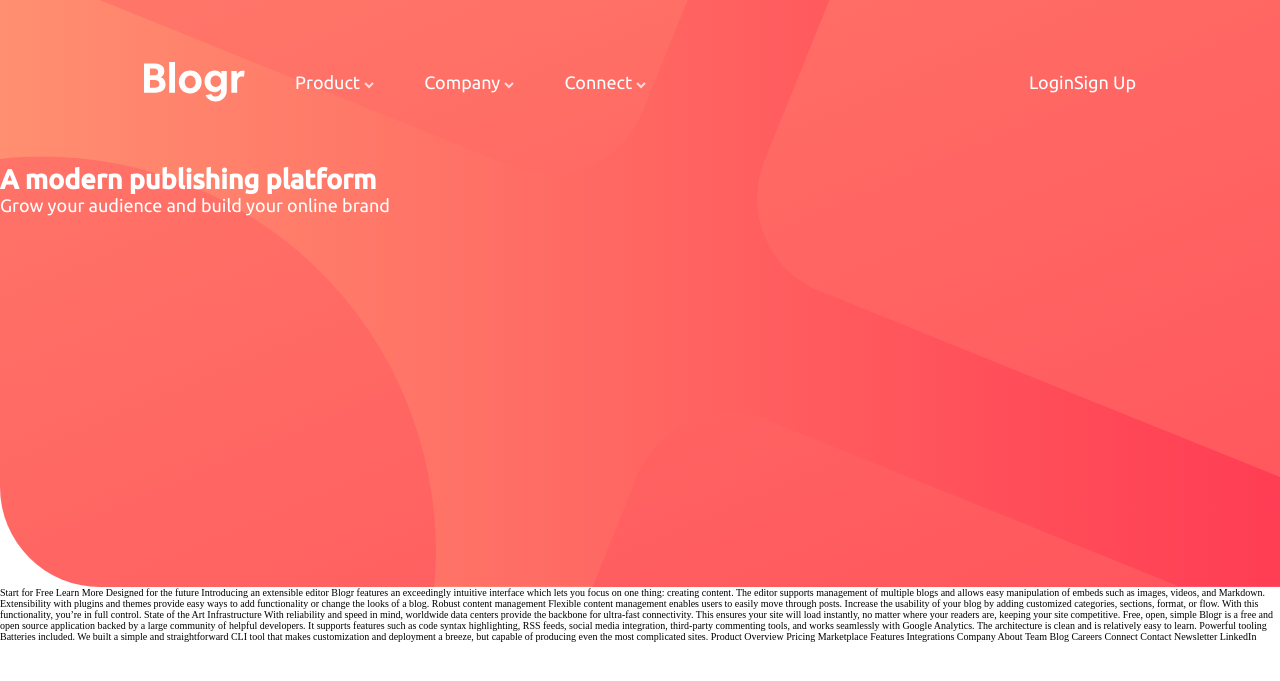
Repository: tomas938/tomaspage3
Page: index.html
The author's editor kept a copy of each file at every save. The page is drawn from the files as they stood at one save, then again after the next save.
The browser window is 1280 px wide. The pictures show the whole page.
The style sheet was rebuilt from its Sass, Less or Tailwind sources for each picture, by a compiler version that may differ from the author's.

Above is the page before, as saved 2021-07-30 09:05:29.

After the next save:
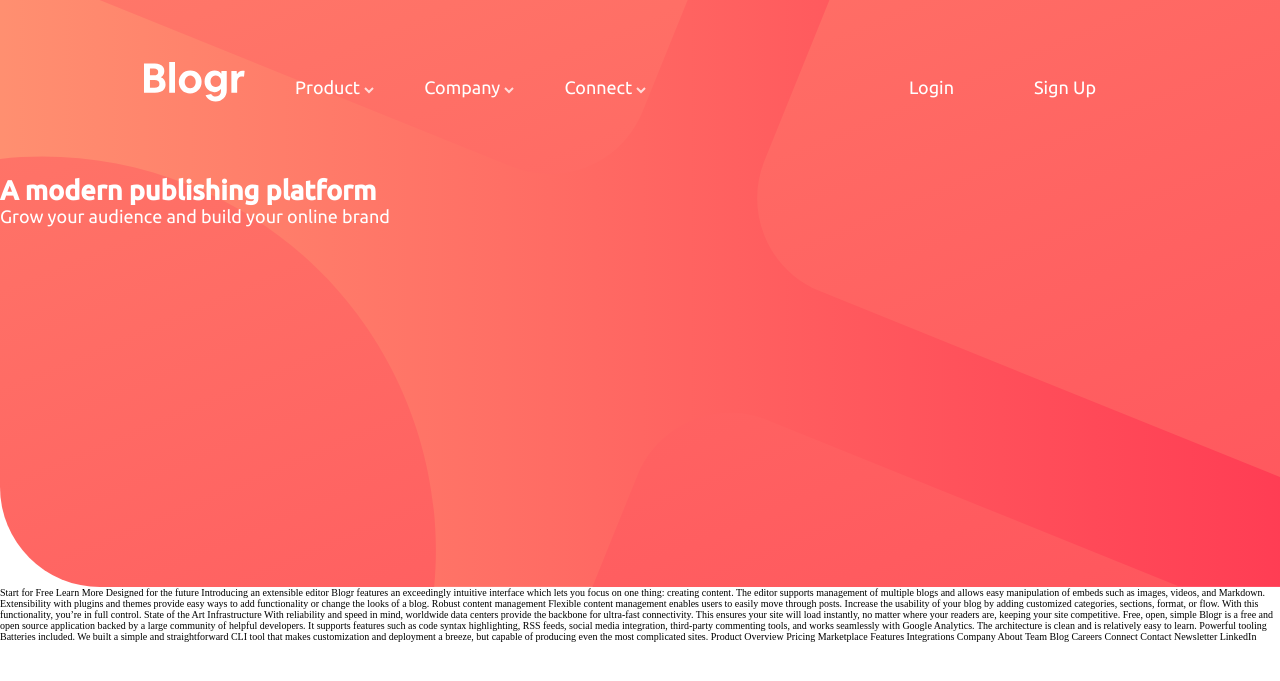
Saved 28 s later.
--- a/index.html
+++ b/index.html
@@ -68,8 +68,8 @@
 						</ul>
 					</div>
 					<div class="intro__navigation__login">
-						<div class="button--1">Login</div>
-						<div class="button--2">Sign Up</div>
+						<div class="button button--1">Login</div>
+						<div class="button button--2">Sign Up</div>
 					</div>
 				</nav>
 			</header>
